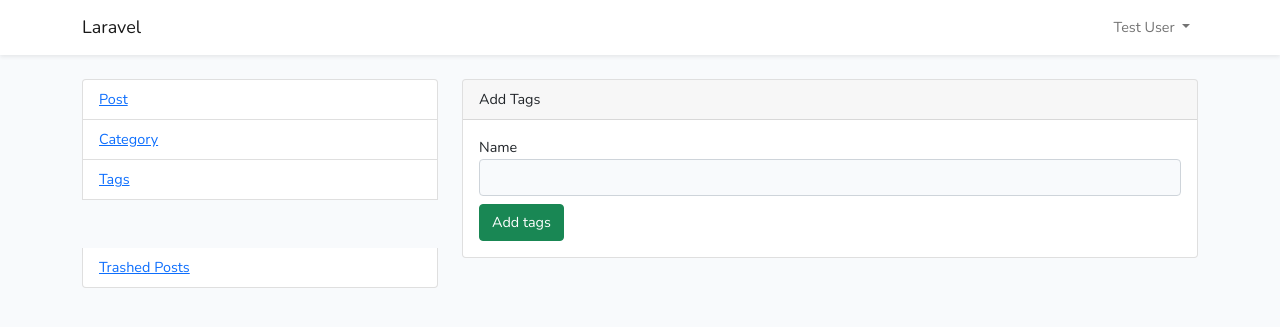
Repository: mariozenuni/cms
Page: http://localhost/tags/create
These files come from the project's save history. The page is drawn as it stood at one moment and after the next save; the edit follows.
The browser window is 1280 px wide. The pictures show the whole page.
The page is served by the project's Laravel application, run on PHP 8.4 with Laravel 8. A made-up administrator, Test User (test@example.com), is signed in.

Above is the page before, as saved 2021-12-20 21:01:20.

After the next save:
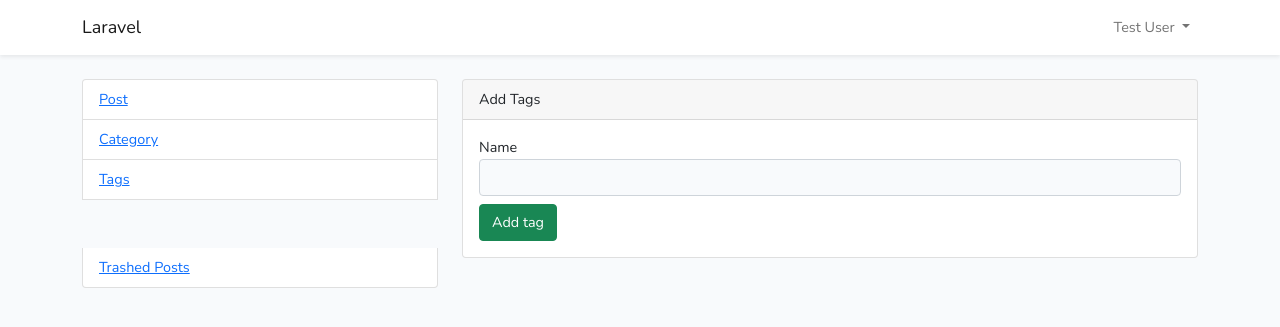
Saved 2 min 54 s later.
--- a/resources/views/tags/create.blade.php
+++ b/resources/views/tags/create.blade.php
@@ -35,7 +35,7 @@
 
     @endif
 
-    <form action="{{!isset($tags) ? route('tags.store') : route('.update',$tags->id)}}" method="post">
+    <form action="{{!isset($tag) ? route('tags.store') : route('.update',$tag->id)}}" method="post">
 
    @if(isset($tags))
        @method('PUT')
@@ -47,14 +47,14 @@
     <div class="form-group">
 
     <label for="name">Name</label>
-    <input type="text" class="form-control" value="{{!isset($tags) ? '' : $tags->name}}" name="name">
+    <input type="text" class="form-control" value="{{!isset($tag) ? '' : $tag->name}}" name="name">
 
     </div>
     <div class="form-group">
 
     <button class="btn btn-success mt-2 ">
 
-    {{!isset($tags) ? 'Add tags':'Update tags' }}
+    {{!isset($tag) ? 'Add tag':'Update tag' }}
 
     </button>
 
